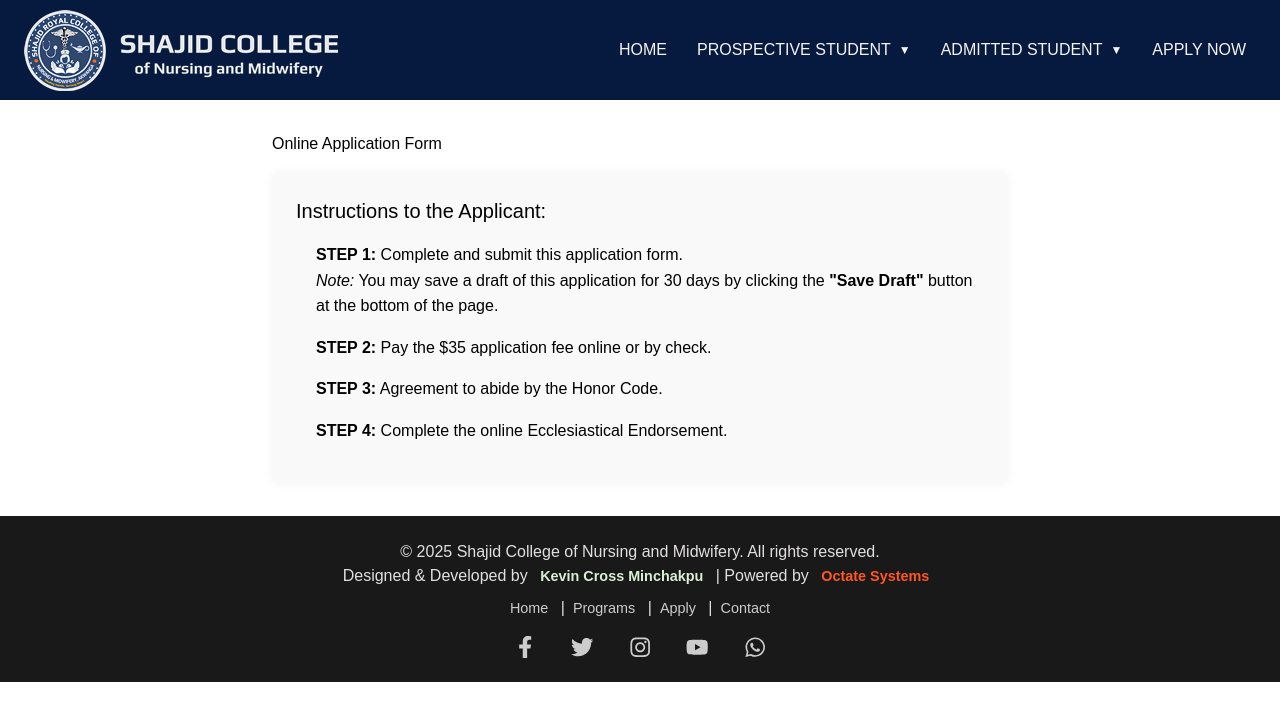
Repository: GlorifiedIntel/shajid-sms
Page: /applicationform
The author's editor kept a copy of each file at every save. The page is drawn from the files as they stood at one save, then again after the next save.
The browser window is 1280 px wide. The pictures show the whole page.
The project was rebuilt for these pictures with package versions that can differ from the ones it lists, and the page was loaded fresh each time. The framework's server and built-in components were replaced by stand-ins that run in the browser. Also part of the build but not shown: next.config.mjs.

Above is the page before, as saved 2025-07-04 11:51:33.

### src/pages/applicationform.jsx
import '../app/globals.css';
import styles from './applicationform.module.css';

import Navbar from '../components/navbar/Navbar';
import Footer from '../components/footer/Footer';

export default function ApplicationForm() {
  return (
    <>
      <Navbar />
      <div className={styles.applicationContainer}>
        <h1 className={styles.pageTitle}>Online Application Form</h1>

        <div className={styles.instructions}>
          <h2 className={styles.instructionsHeading}>Instructions to the Applicant:</h2>
          <ol>
            <li>
              <strong>STEP 1:</strong> Complete and submit this application form.
              <br />
              <em>Note:</em> You may save a draft of this application for 30 days by clicking the <strong>"Save Draft"</strong> button at the bottom of the page.
            </li>
            <li>
              <strong>STEP 2:</strong> Pay the $35 application fee online or by check.
            </li>
            <li>
              <strong>STEP 3:</strong> Agreement to abide by the Honor Code.
            </li>
            <li>
              <strong>STEP 4:</strong> Complete the online Ecclesiastical Endorsement.
            </li>
          </ol>
        </div>

        {/* Your form or other content goes here */}
      </div>
      <Footer />
    </>
  );
}

### src/app/globals.css
@import "tailwindcss";

:root {
    --bg: #fdfdff;
    --btn: #2A3D45;
    --primary: #0E103D;
    --secondary: #14453D;
    --delft-blue:#183059;
    --white-smoke:#F6F4F3;
    --indigo-dye: #124E78;
    --cream:#F0F0C9;
    --prussian-blue: #102B3F;
    --midnight-green:#003844;
    --caribbean-current:#006C67;
    --gunmetal:#122C34;
    --navbar-bg: #061A40;
    --jasper: #CD5334;
    --web-orange: #FAA916;
    --font-play: 'Play', sans-serif;
    --text: #333;
    --oxford-blue: #061A40;
    --eerie-blck: #1B1B1E;
    --carmine: #96031A;
}

* {
    margin: 0;
    padding: 0;
    box-sizing: border-box;
}

body {
    margin: 0;
    padding: 0;
}

a {
    color: inherit;
    text-decoration: none;

}

### src/pages/applicationform.module.css
.applicationContainer {
  padding: 2rem;
  max-width: 800px;
  margin: 0 auto;
  font-family: Arial, sans-serif;
}

.instructions {
  background-color: #f9f9f9;
  padding: 1.5rem;
  border-radius: 8px;
  margin-top: 1rem;
  box-shadow: 0 0 8px rgba(0, 0, 0, 0.05);
}

.instructions h2 {
  margin-bottom: 1rem;
  font-size: 1.25rem;
}

.instructions ol {
  padding-left: 1.25rem;
}

.instructions li {
  margin-bottom: 1rem;
  line-height: 1.6;
}

### src/components/navbar/Navbar.jsx
import React from 'react';
import Links from "./links/Links";
import styles from './navbar.module.css';

const Navbar = () => {
  return (
    <div className={styles.container}>
      <div className={styles.logo}>
        <img src="./logo.png" alt="Shajid College Logo" className={styles.logoImage} />
      </div>
      <div>
        <Links />
      </div>
    </div>
  );
};

export default Navbar;

### src/components/footer/Footer.jsx
import {
  FaFacebookF,
  FaTwitter,
  FaInstagram,
  FaYoutube,
  FaWhatsapp,
} from 'react-icons/fa';
import './Footer.css'; // Ensure you have a CSS file for styling

export default function Footer() {
  return (
    <footer className="site-footer">
      <div className="footer-content">
        <p>&copy; {new Date().getFullYear()} Shajid College of Nursing and Midwifery. All rights reserved.</p>

        <p>
  Designed & Developed by{' '}
  <a
    href="https://www.linkedin.com/in/kevin-cross-minchakpu-7897379a"
    target="_blank"
    rel="noopener noreferrer"
    className="kevin-link"
  >
    Kevin Cross Minchakpu
  </a>{' '}
  | Powered by{' '}
  <a
    href="https://octatesystems.github.io/OSNigeria/"
    target="_blank"
    rel="noopener noreferrer"
    className="octate-link"
  >
    Octate Systems
  </a>
</p>

        <nav className="footer-links">
          <a href="/">Home</a> |
          <a href="/programs">Programs</a> |
          <a href="/apply">Apply</a> |
          <a href="/contact">Contact</a>
        </nav>

        <div className="social-icons">
          <a href="https://facebook.com" target="_blank" rel="noopener noreferrer" aria-label="Facebook">
            <FaFacebookF />
          </a>
          <a href="https://twitter.com" target="_blank" rel="noopener noreferrer" aria-label="Twitter">
            <FaTwitter />
          </a>
          <a href="https://instagram.com" target="_blank" rel="noopener noreferrer" aria-label="Instagram">
            <FaInstagram />
          </a>
          <a href="https://youtube.com" target="_blank" rel="noopener noreferrer" aria-label="YouTube">
            <FaYoutube />
          </a>
          <a href="https://wa.me/2348012345678" target="_blank" rel="noopener noreferrer" aria-label="WhatsApp">
            <FaWhatsapp />
          </a>
        </div>
      </div>
    </footer>
  );
}

### src/components/navbar/links/Links.jsx
'use client';

import styles from './links.module.css';
import NavLink from './navLink/navLink';

const Links = () => {
  const links = [
    { title: 'HOME', path: '/' },
    {
      title: 'PROSPECTIVE STUDENT',
      path: '/auth/prospective-student',
      children: [
        { title: 'Check My Eligibility', path: '/auth/prospective-student/eligibility' },
        { title: 'Prospective Student Info', path: '/auth/prospective-student/info' },
        { title: 'Fees & Financial Assistance', path: '/auth/prospective-student/fees' },
        { title: 'Graduation Requirements', path: '/auth/prospective-student/graduation' },
        { title: 'Apply Now', path: '/apply' },
        { title: 'Advising & Support', path: '/auth/prospective-student/advising' },
        { title: 'FAQ', path: '/auth/prospective-student/faq' },
      ],
    },
    {
      title: 'ADMITTED STUDENT',
      path: '/auth/admitted-student',
      children: [
        { title: 'Admitted Student Info', path: '/auth/admitted-student/info' },
        { title: 'Fees & Financial Assistance', path: '/auth/admitted-student/fees' },
        { title: 'Advising & Support', path: '/auth/admitted-student/advising' },
        { title: 'Facebook Group 🔗', path: 'https://facebook.com/groups/yourgroup', external: true },
      ],
    },
    { title: 'APPLY NOW', path: '/apply' },
  ];

  return (
    <div className={styles.links}>
      {links.map((link) => (
        <NavLink item={link} key={link.title} />
      ))}
    </div>
  );
};

export default Links;

### src/components/navbar/navbar.module.css
.container {
    background-color: var(--navbar-bg);
    height: 100px;
    display: flex;
    align-items: center;
    justify-content: space-between;
    padding: 1.5rem;
    margin: auto;
    height: 100px;
    width: 100vw;
}



.logoImage {
  height: 81px;
  width: 314px;
}


.fontlight {
    font-size: 30px;
    font-family: "Play", sans-serif;
    font-weight: 400;
    font-style: normal;
    color: var(--white-smoke);

}

### src/components/footer/Footer.css


/* Footer styles */
.site-footer {
  background-color: #191919;
  color: #e2dfdf;
  padding: 1.5rem 0;
  text-align: center;
  font-family: var(--font-play);
  margin: auto;
  width: 100vw;

}

.footer-content {
  max-width: 1000px;
  margin: auto;
  padding: 0 1rem;
}

.footer-content nav {
  margin-top: 0.5rem;
}

.footer-content a {
  color: #ccc;
  margin: 0 0.5rem;
  text-decoration: none;
  font-size: 0.9rem;
}

.footer-content a:hover {
  color: #fff;
  text-decoration: underline;
}

.social-icons {
    display: flex !important;
    justify-content: center;
    align-items: center;
    gap: 15px;
    margin-top: 1rem;
}

.social-icons a {
  margin: 0 10px;
  font-size: 1.4rem;
  transition: transform 0.3s ease;
}

.social-icons a:hover {
  transform: scale(1.2);
}

/* Optional: Platform-specific hover colors */
.social-icons a:nth-child(1):hover { color: #1877f2; }  /* Facebook */
.social-icons a:nth-child(2):hover { color: #1da1f2; }  /* Twitter */
.social-icons a:nth-child(3):hover { color: #e1306c; }  /* Instagram */
.social-icons a:nth-child(4):hover { color: #ff0000; }  /* YouTube */
.social-icons a:nth-child(5):hover { color: #25d366; }  /* WhatsApp */

.highlight {
  color: #f3ba00;
  font-weight: bold;
  text-decoration: none;
}

.highlight:hover {
  text-decoration: underline;
}

.footer-content a.kevin-link {
  color: #d8f0d3;
  font-weight: 600;
  text-decoration: none;
}

.footer-content a.kevin-link:hover {
  color: #f0cf15;
  text-decoration: underline;
}

.footer-content a.octate-link {
  color: #ff5722;
  font-weight: 600;
  text-decoration: none;
}

.footer-content a.octate-link:hover {
  color: #2791bb;
  text-decoration: underline;
}

### src/components/navbar/links/links.module.css
.links {
    display: flex;
    align-items: center;
    gap: 10px;
    font-family: var(--font-play);
    font-weight: 400;
    font-style: normal;
    color: var(--white-smoke);
    width: 100%;
    text-decoration: none;
}

### src/components/navbar/links/navLink/navLink.jsx
'use client';

import Link from 'next/link';
import { useState } from 'react';
import { usePathname } from 'next/navigation';
import styles from './navLink.module.css';

const NavLink = ({ item }) => {
  const pathname = usePathname();
  const [isOpen, setIsOpen] = useState(false);

  const isActive = pathname === item.path;

  const handleToggle = () => {
    setIsOpen((prev) => !prev);
  };

  const handleClose = () => {
    setIsOpen(false);
  };

  return (
    <div
      className={styles.navItem}
      onMouseEnter={() => setIsOpen(true)}
      onMouseLeave={() => setIsOpen(false)}
    >
      <div className={styles.mainLinkWrapper} onClick={item.children ? handleToggle : undefined}>
        <Link
          href={item.path}
          className={`${styles.mainLink} ${isActive ? styles.active : ''}`}
        >
          {item.title}
        </Link>
        {item.children && (
          <span className={styles.arrow}>{isOpen ? '▲' : '▼'}</span>
        )}
      </div>

      {item.children && isOpen && (
        <div className={styles.dropdown}>
          {item.children.map((child) => {
            const isChildActive = pathname === child.path;
            return child.external ? (
              <a
                key={child.title}
                href={child.path}
                target="_blank"
                rel="noopener noreferrer"
                className={styles.dropdownLink}
                onClick={handleClose}
              >
                {child.title}
              </a>
            ) : (
              <Link
                key={child.title}
                href={child.path}
                className={`${styles.dropdownLink} ${isChildActive ? styles.active : ''}`}
                onClick={handleClose}
              >
                {child.title}
              </Link>
            );
          })}
        </div>
      )}
    </div>
  );
};

export default NavLink;

### src/components/navbar/links/navLink/navLink.module.css

.active {
    background-color: var(--web-orange);
    color: black;
    padding: 12px 12px;
    width: 220px;
    display: inline-block;
    border-radius: 6px;
    text-align: center;
}

.navItem {
  position: relative;
  display: inline-block;
}

.mainLinkWrapper {
  display: flex;
  align-items: center;
  justify-content: space-between;
  cursor: pointer;
  padding: 10px;
}

.mainLink {
  text-decoration: none;
  color: var(--white-smoke);

}

.arrow {
  margin-left: 8px;
  font-size: 12px;
}

.dropdown {
  position: absolute;
  top: 100%;
  left: 0;
  background-color: white;
  border: 1px solid #ddd;
  box-shadow: 0px 4px 8px rgba(0,0,0,0.1);
  z-index: 1000;
  min-width: 230px;
}

.dropdownLink {
  display: block;
  padding: 10px 15px;
  color: #333;
  text-decoration: none;
  transition: background-color 0.2s;
}

.dropdownLink:hover {
  background-color: #f5f5f5;
}

/* Optional: Responsive tweaks for better mobile support */
@media (max-width: 768px) {
  .dropdown {
    position: static;
    box-shadow: none;
    border: none;
  }

  .navItem {
    display: block;
  }

  .mainLinkWrapper {
    justify-content: flex-start;
  }

  .arrow {
    margin-left: auto;
  }
}

After the next save:
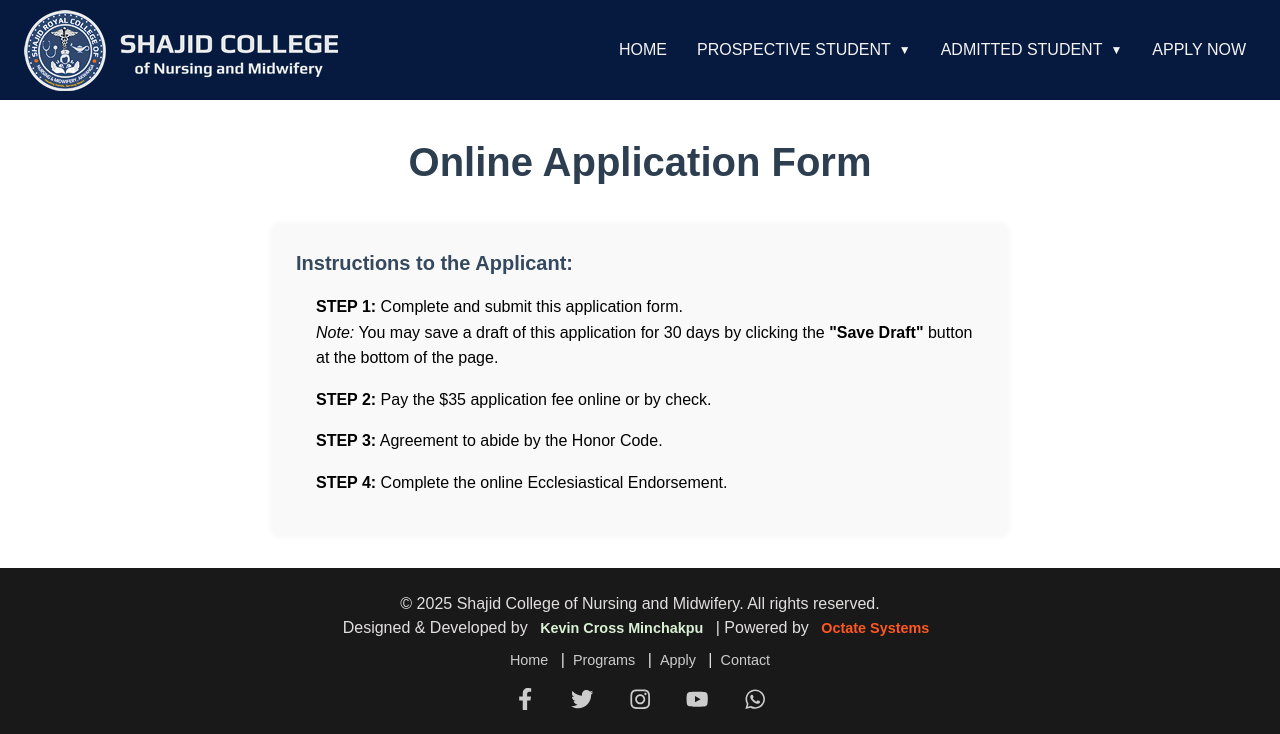
Saved 23 s later.
--- a/src/pages/applicationform.module.css
+++ b/src/pages/applicationform.module.css
@@ -26,3 +26,18 @@
   margin-bottom: 1rem;
   line-height: 1.6;
 }
+
+.pageTitle {
+  font-size: 2.5rem;
+  font-weight: bold;
+  text-align: center;
+  margin-bottom: 2rem;
+  color: #2c3e50;
+}
+
+.instructionsHeading {
+  font-size: 1.5rem;
+  font-weight: 600;
+  color: #34495e;
+  margin-bottom: 1rem;
+}
